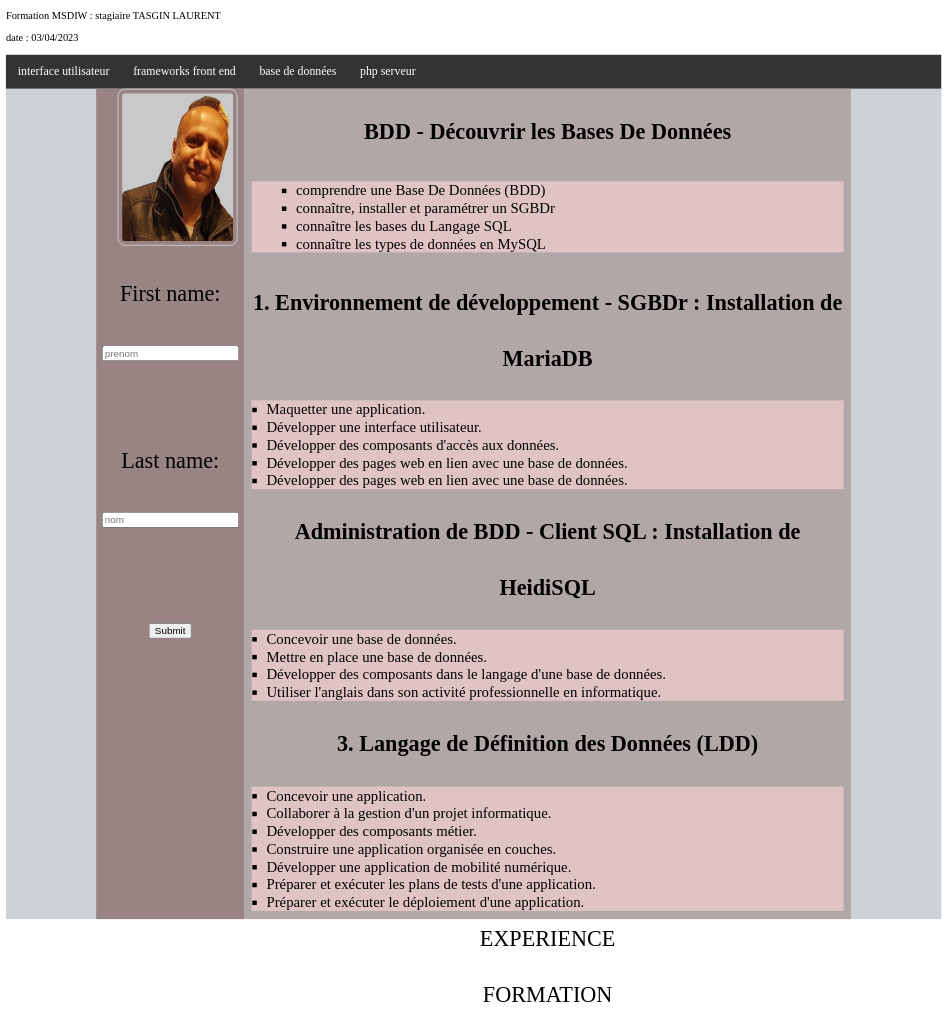
Repository: laurentbul/ApplicationEssai
Page: exercice/ex1/stagiaire_laurent/BACK/BDD/SQL/bdd1_alimenter.html
These files come from the project's save history. The page is drawn as it stood at one moment and after the next save; the edit follows.
The browser window is 1280 px wide. The pictures show the whole page, at 74% of full size.

Above is the page before, as saved 2023-04-06 05:50:43.

### exercice/ex1/stagiaire_laurent/BACK/BDD/SQL/bdd1_alimenter.html
<!DOCTYPE html>
<html lang="en">

<head>
  <meta charset="UTF-8">
  <meta http-equiv="X-UA-Compatible" content="IE=edge">
  <meta name="viewport" content="width=device-width, initial-scale=1.0">
  <link rel="icon" type="image/x-icon" sizes="30x30" href="../IMG/img.jpeg">
  <link rel="stylesheet" href="/FRONT/STATIQUE/CSS/msdiw.css">
  <title>Document</title>
  <style>
  </style>
</head>
</head>

<body>
  <p>Formation MSDIW : stagiaire TASGIN LAURENT</p>
  <p>date : 03/04/2023</p>
  <ul>
    <li><a href="./interface_utilisateur.html">interface utilisateur</a></li>
    <li><a href="./interface_utilisateur.html">frameworks front end</a></li>
    <li><a href="./interface_utilisateur.html">base de données</a></li>
    <li><a href="./interface_utilisateur.html">php serveur</a></li>
  </ul>
  <!-- <div>
        <input type="color" id="head" name="head" value="blue">
        <label for="head">Head</label>
    </div> -->
  <div class="flex-container">
    <div class="div_gauche">
      <img src="../IMG/img.jpeg" alt="photo d'identité" width="200" height="200">
      <form action="/action_page.php">
        <label for="fname">First name:</label>
        <input type="text" id="fname" name="fname" placeholder="prenom"><br><br>
        <label for="lname">Last name:</label>
        <input type="text" id="lname" name="lname" placeholder="nom"><br><br>
        <input type="submit" value="Submit">
      </form>
    </div>
    <div class="div_droite">
      <div>
        <h1>BDD - Découvrir les Bases De Données</h1>
        <ol class="paragraphe">
            <li class="competence" >comprendre une Base De Données (BDD)</li>
            <li class="competence" >connaître, installer et paramétrer un SGBDr</li>
            <li class="competence" >connaître les bases du Langage  SQL</li>
            <li class="competence" >connaître les types de données  en MySQL</li>
        </ol>



        <h1 class="titre">1. Environnement de développement - SGBDr : Installation de MariaDB</h1>
        <ul class="paragraphe" >
          <li class="competence"> Maquetter une application.</li>
          <li class="competence"> Développer une interface utilisateur.</li>
          <li class="competence"> Développer des composants d'accès aux données.</li>
          <li class="competence"> Développer des pages web en lien avec une base de données.</li>
          <li class="competence"> Développer des pages web en lien avec une base de données.</li>
        </ul>
        <h1 class="titre">Administration de BDD - Client SQL : Installation de HeidiSQL</h1>
        <ul class="paragraphe" >
          <li class="competence">Concevoir une base de données.</li>
          <li class="competence">Mettre en place une base de données.</li>
          <li class="competence">Développer des composants dans le langage d'une base de données.</li>
          <li class="competence"> Utiliser l'anglais dans son activité professionnelle en informatique.</li>
        </ul>
        <h1 class="titre">3. Langage de Définition des Données (LDD)</h1>
        <ul class="paragraphe">
          <li class="competence"> Concevoir une application.</li>
          <li class="competence"> Collaborer à la gestion d'un projet informatique.</li>
          <li class="competence"> Développer des composants métier.</li>
          <li class="competence"> Construire une application organisée en couches.</li>
          <li class="competence"> Développer une application de mobilité numérique.</li>
          <li class="competence"> Préparer et exécuter les plans de tests d'une application.</li>
          <li class="competence"> Préparer et exécuter le déploiement d'une application.</li>
        </ul>
      </div>
      <div>EXPERIENCE</div>
      <div>FORMATION</div>
    </div>
</body>

</html>

### exercice/ex1/stagiaire_laurent/FRONT/STATIQUE/CSS/msdiw.css
.corps{
    background-color: rgb(201, 149, 71);
    width:900px;
    border: 1px;
  margin-top: 10px;
  margin-left: auto;
  margin-right: auto;
  padding:50px;
}
.paragraphe{
    background-color: #e0c4c4;
    line-height:80%;
    list-style-type:square;
}
.competence{
    font-size: 20px;
    margin-left: 20px;
    float:none;
    text-align:left;
}


h1 {
    font-size: 30px;
  }

  h2 {
    font-size: 30px;
  }

  p {
    font-size: 14px;
  }

.flex-container {
    display: flex;
    flex-direction: row;
    background-color: rgb(205, 210, 214);
  }

  .flex-container > div {

    text-align: center;
    line-height: 75px;
    font-size: 30px;
  }

  .div_gauche{
    background-color: #998484;
    width: 200px;
    margin-left: auto;
    height: 1122px; ;
  }
  .div_droite{
    background-color: #b1a7a7;
    width: 800px;
    height: 1122px;
    margin-right: auto;
    padding-left: 10px;
    padding-right: 10px;
  }

ul {
    list-style-type: none;
    margin: 0;
    padding: 0;
    overflow: hidden;
    background-color: #333;
}

li {
    float: left;
}

li a {
    display: block;
    color: white;
    text-align: center;
    padding: 14px 16px;
    text-decoration: none;
}

li a:hover {
    background-color: #111;
}

.meta{
    /* background-color: rgb(168, 161, 166); */
    width: 900px;
}
.title{
    /* background-color: rgb(221, 219, 214); */
    width: 600px;
}
.utf8{
    /* background-color: rgb(198, 204, 207); */
    width: 600px;
}
.image{
    /* background-color: rgb(198, 204, 207); */
    width: 600px;
}
.css{
    /* background-color: rgb(198, 204, 207); */
    width: 600px;
}
img {
    border: 1px solid #ddd;
    border-radius: 10px;
    padding: 5px;
    width: 150px;
    margin-left: 20px;

  }

After the next save:
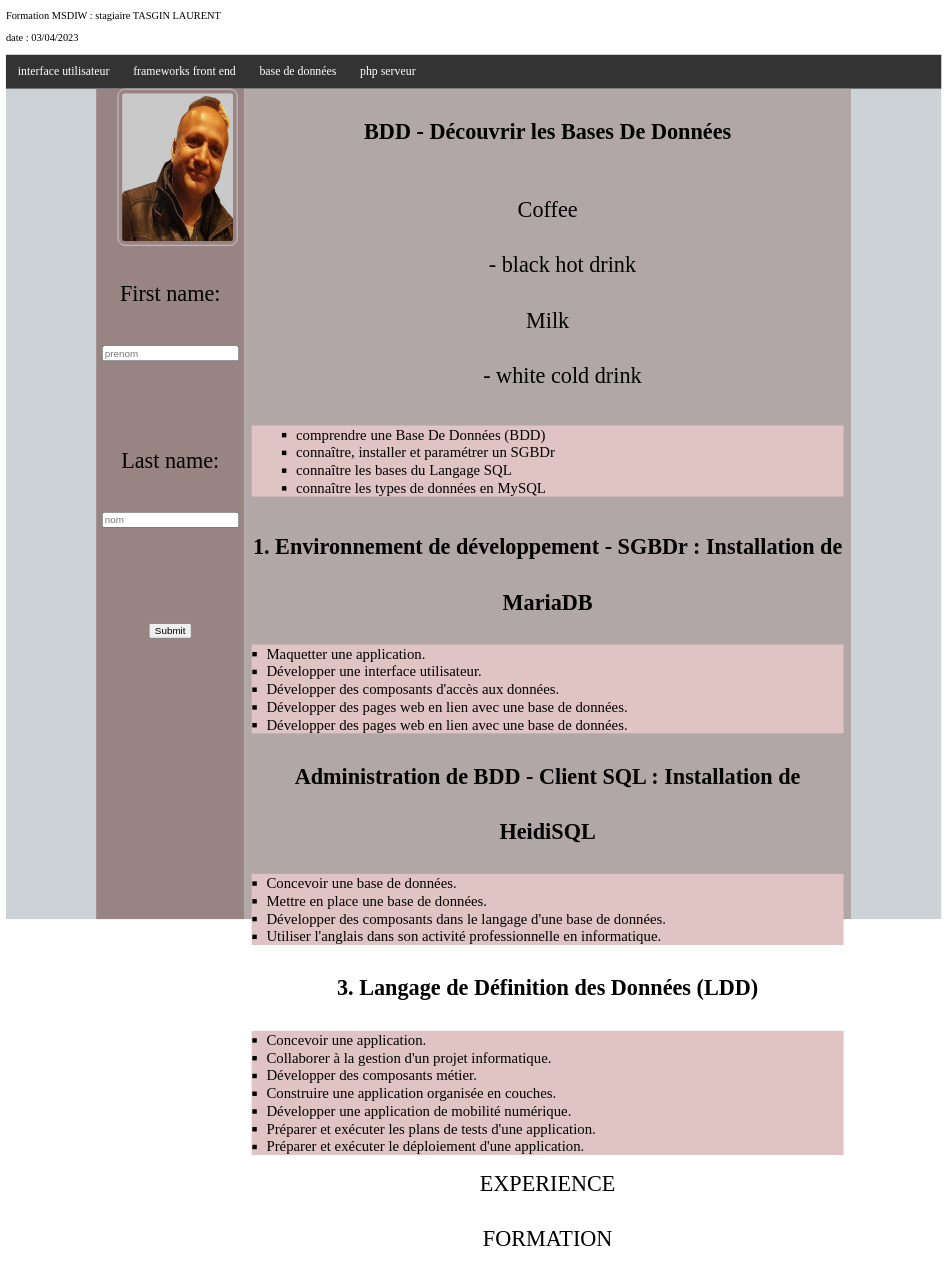
Saved 11 min 1 s later.
--- a/exercice/ex1/stagiaire_laurent/BACK/BDD/SQL/bdd1_alimenter.html
+++ b/exercice/ex1/stagiaire_laurent/BACK/BDD/SQL/bdd1_alimenter.html
@@ -40,6 +40,14 @@
     <div class="div_droite">
       <div>
         <h1>BDD - Découvrir les Bases De Données</h1>
+
+        <dl>
+            <dt>Coffee</dt>
+            <dd>- black hot drink</dd>
+            <dt>Milk</dt>
+            <dd>- white cold drink</dd>
+          </dl>
+
         <ol class="paragraphe">
             <li class="competence" >comprendre une Base De Données (BDD)</li>
             <li class="competence" >connaître, installer et paramétrer un SGBDr</li>
